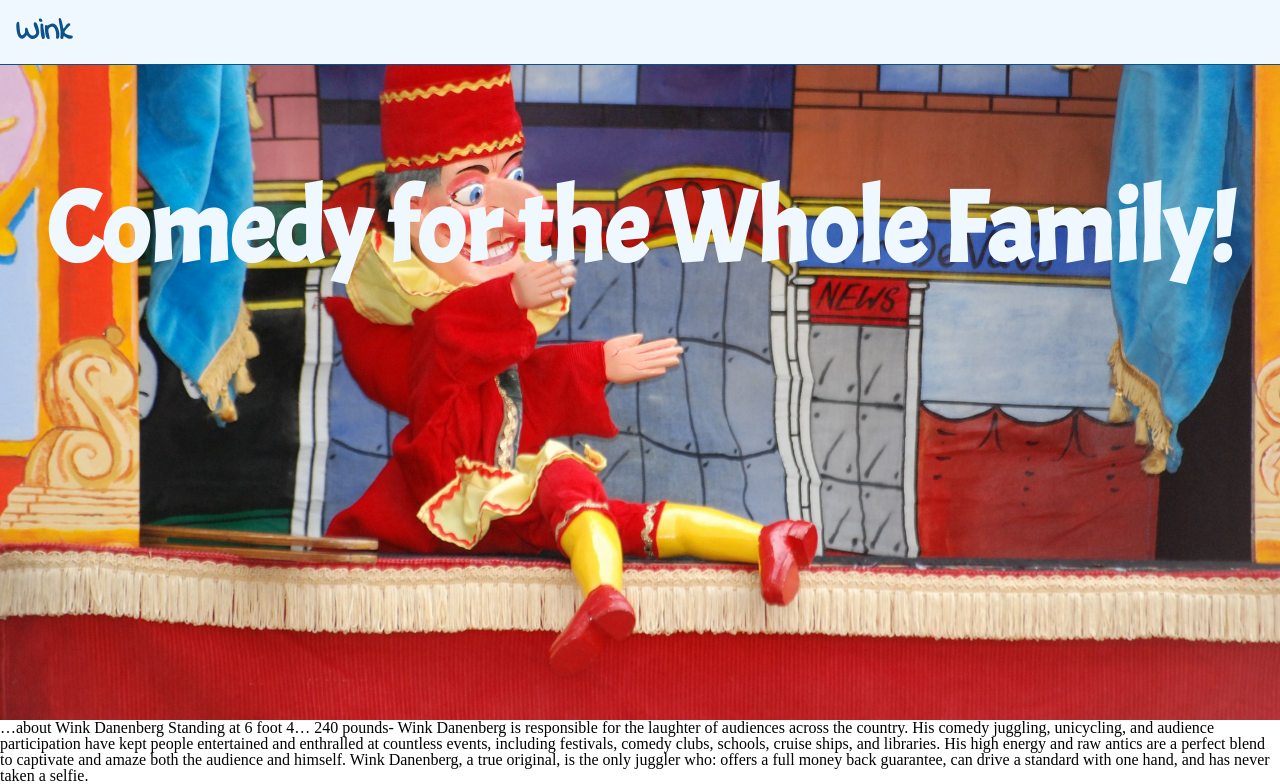
Repository: Sbethm/wink
Page: index.html
The author's editor kept a copy of each file at every save. The page is drawn from the files as they stood at one save, then again after the next save.
The browser window is 1280 px wide. The pictures show the whole page.
The style sheet was rebuilt from its Sass, Less or Tailwind sources for each picture, by a compiler version that may differ from the author's.

Above is the page before, as saved 2021-08-13 11:52:34.

After the next save:
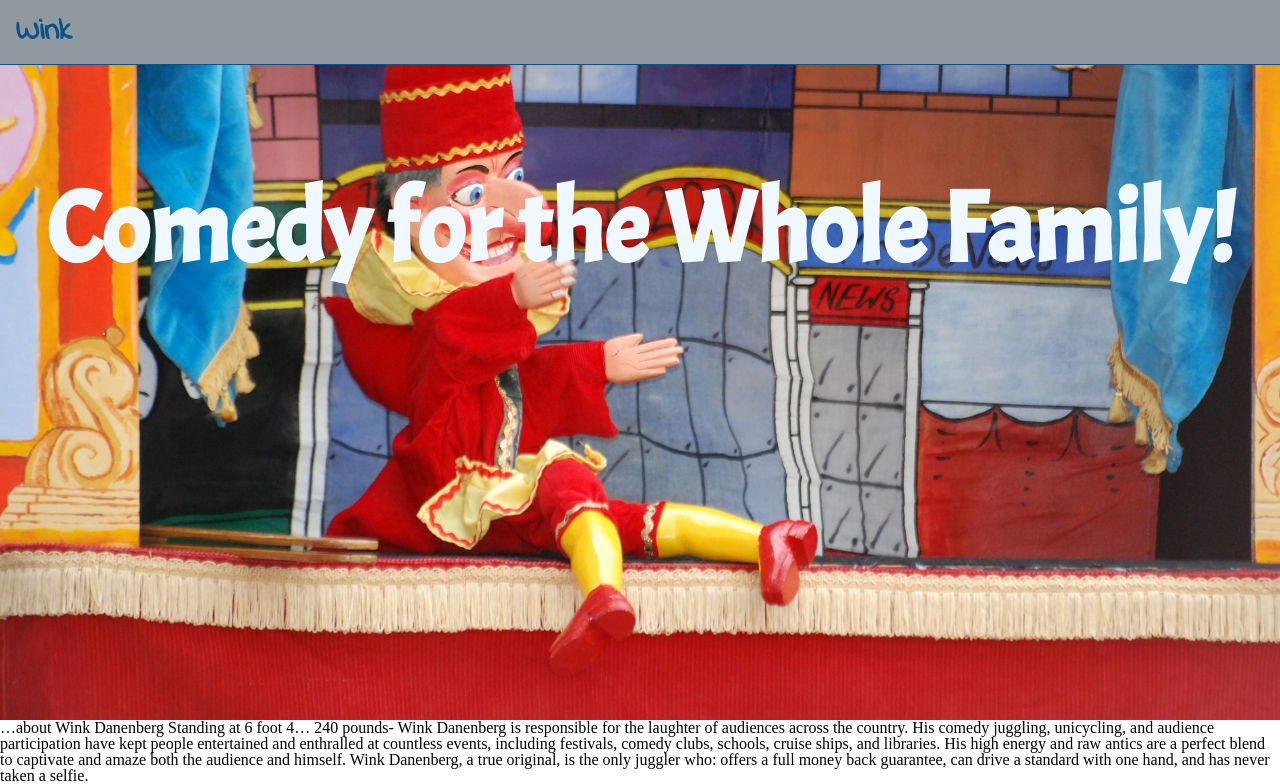
Saved 110 s later.
--- a/SCSS/main.scss
+++ b/SCSS/main.scss
@@ -8,7 +8,7 @@
     padding: 1rem;
     z-index: 9;
     overflow: hidden;
-    background: aliceblue;
+    background: rgb(145, 153, 160);
     border-bottom: solid 1px rgb(13, 81, 139);
 
     & h1 {

After the save that followed:
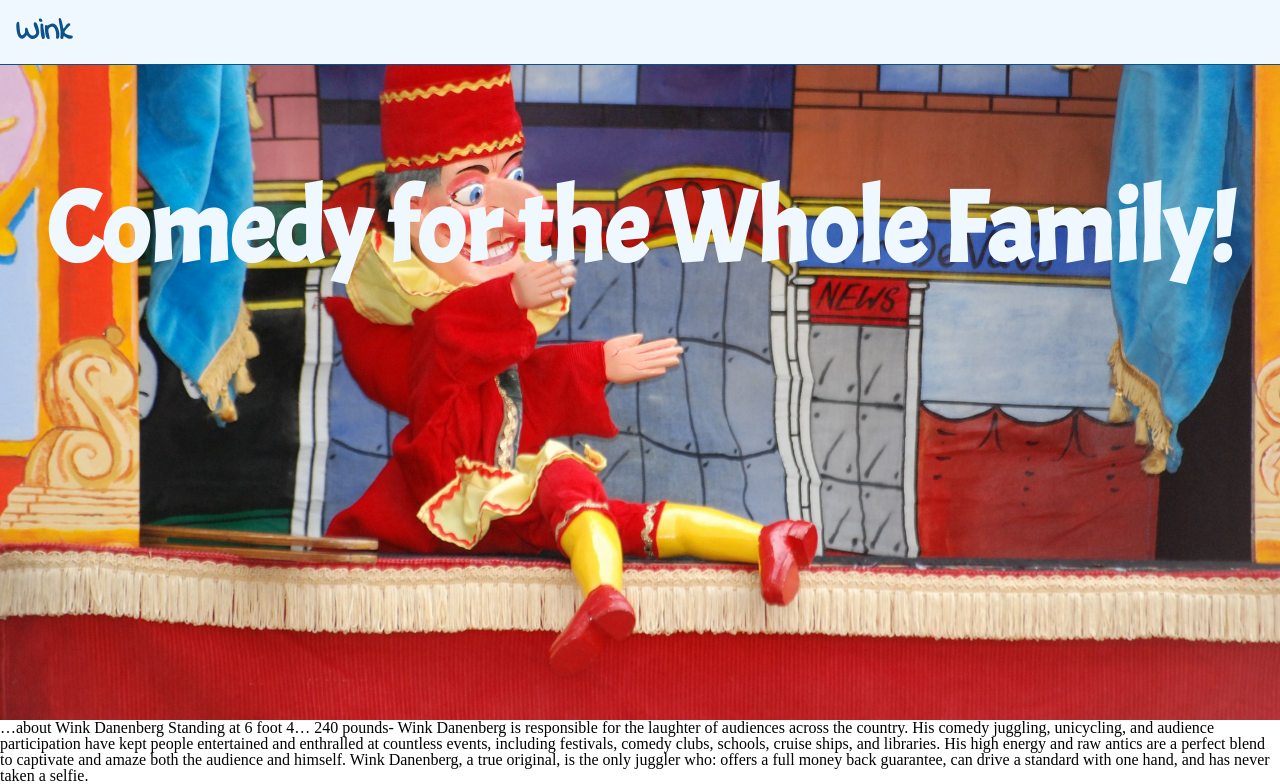
Saved 8 s later.
--- a/SCSS/main.scss
+++ b/SCSS/main.scss
@@ -8,7 +8,7 @@
     padding: 1rem;
     z-index: 9;
     overflow: hidden;
-    background: rgb(145, 153, 160);
+    background: aliceblue;
     border-bottom: solid 1px rgb(13, 81, 139);
 
     & h1 {
